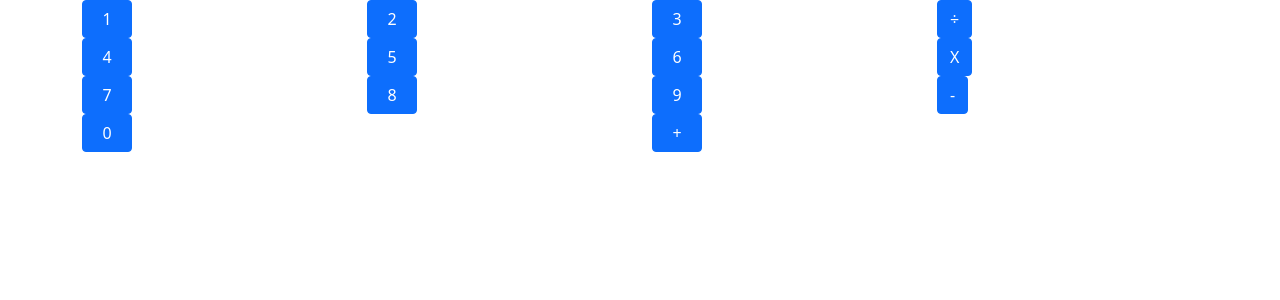
Repository: jsakdalan/CalculatorReactTypescript
Page: /
These files come from the project's save history. The page is drawn as it stood at one moment and after the next save; the edit follows.
The browser window is 1280 px wide. The pictures show the whole page.
The project was rebuilt for these pictures with package versions that can differ from the ones it lists, and the page was loaded fresh each time. Also part of the build but not shown: src/App.css.

Above is the page before, as saved 2022-06-07 15:48:30.

After the next save:
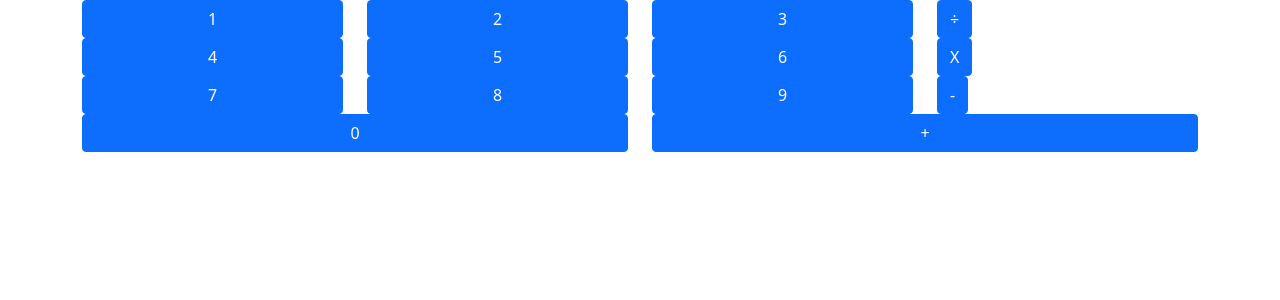
Saved 8 s later.
--- a/src/pages/Calculator.css
+++ b/src/pages/Calculator.css
@@ -1,3 +1,3 @@
 .numerical{
-    width: 50px;
+    width: 100%;
 }
